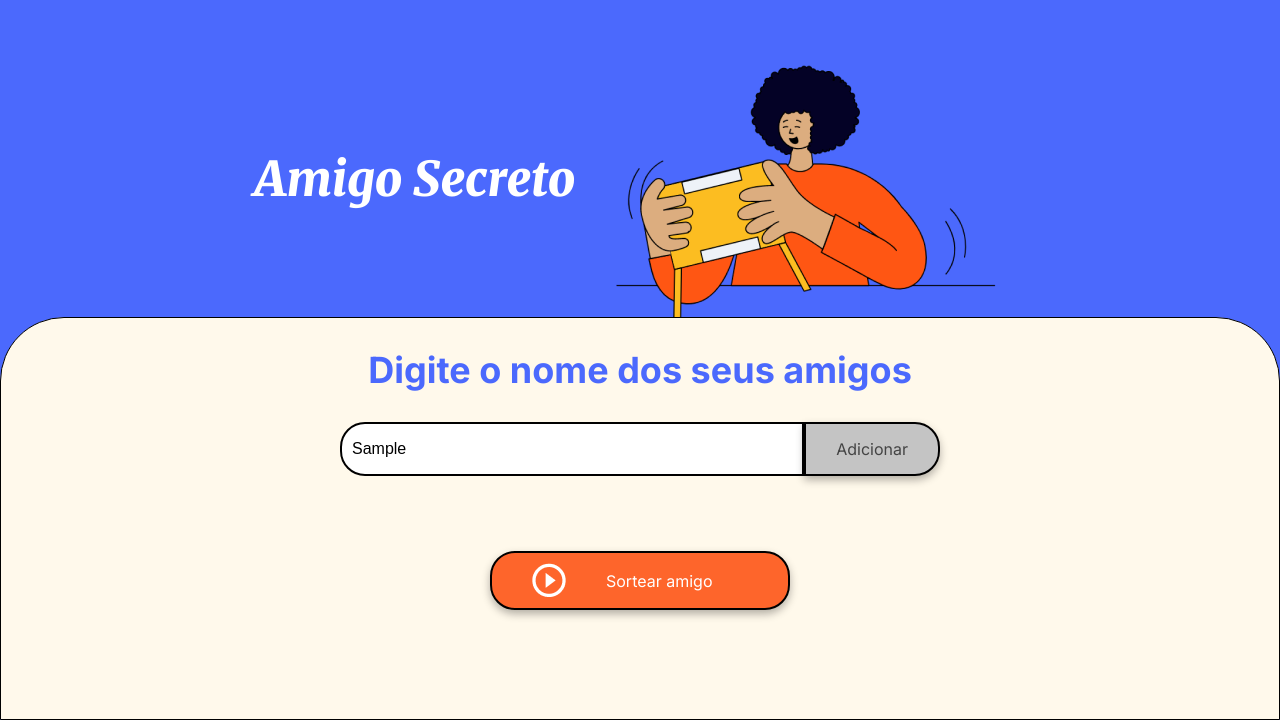
Repository: Vuenar/challenge-amigo-secreto_pt-main
Page: index.html
These files come from the project's save history. The page is drawn as it stood at one moment and after the next save; the edit follows.
The browser window is 1280 px wide. The pictures show the whole page.
Empty fields were first filled with sample values (such as "Sample", 5 or name@example.com).
After loading, the first visible `button.button-add` was clicked once.

Above is the page before, as saved 2025-08-10 13:55:58.
Console error: TypeError: Cannot read properties of null (reading 'value')

After the next save:
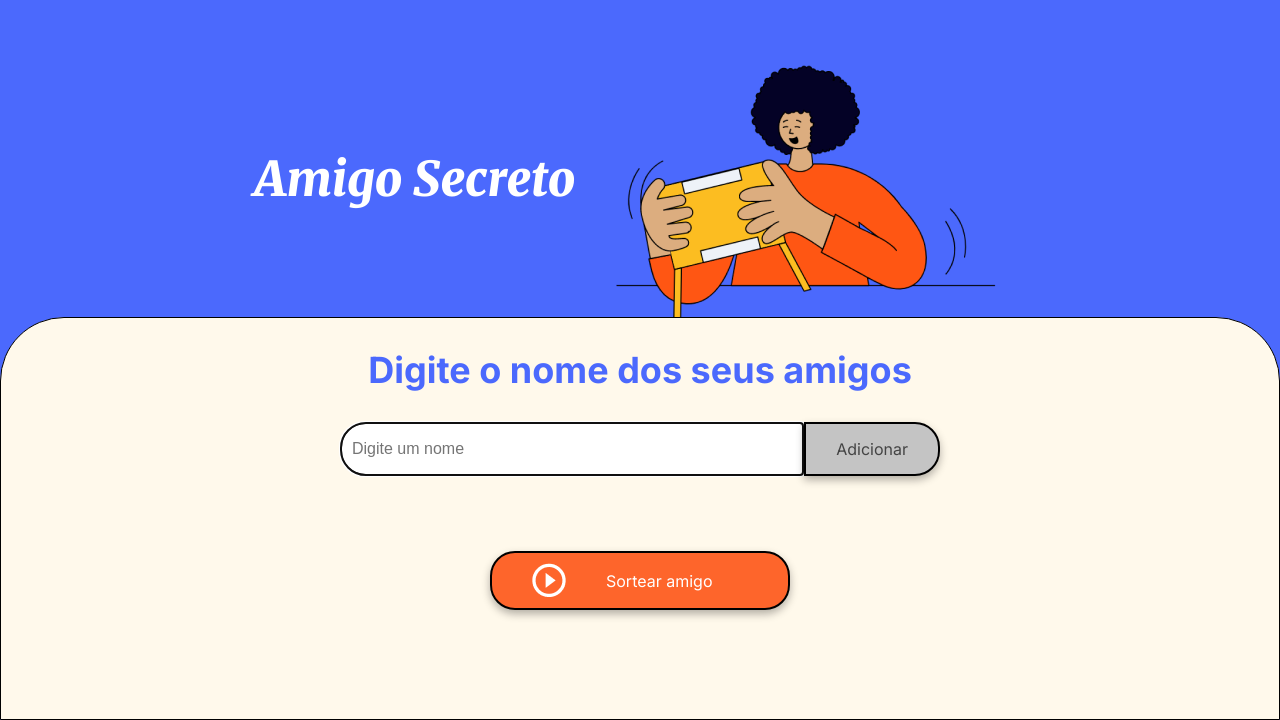
The error is gone.
Saved 19 s later.
--- a/app.js
+++ b/app.js
@@ -1,4 +1,17 @@
 //O principal objetivo deste desafio é fortalecer suas habilidades em lógica de programação. Aqui você deverá desenvolver a lógica para resolver o problema.
 let amigos = [];
 
-let nomes = document.getElementById('amigos').value;
+function adicionarAmigo() {
+	const input = document.getElementById('amigo');
+	const nome = input.value.trim();
+	if (nome === "") {
+		alert("Por favor, digite um nome antes de adicionar.");
+		input.focus();
+		return;
+	}
+	// ...adicione lógica para adicionar o nome à lista de amigos...
+	amigos.push(nome);
+	input.value = "";
+	input.focus();
+	// ...atualize a lista na tela se necessário...
+}
